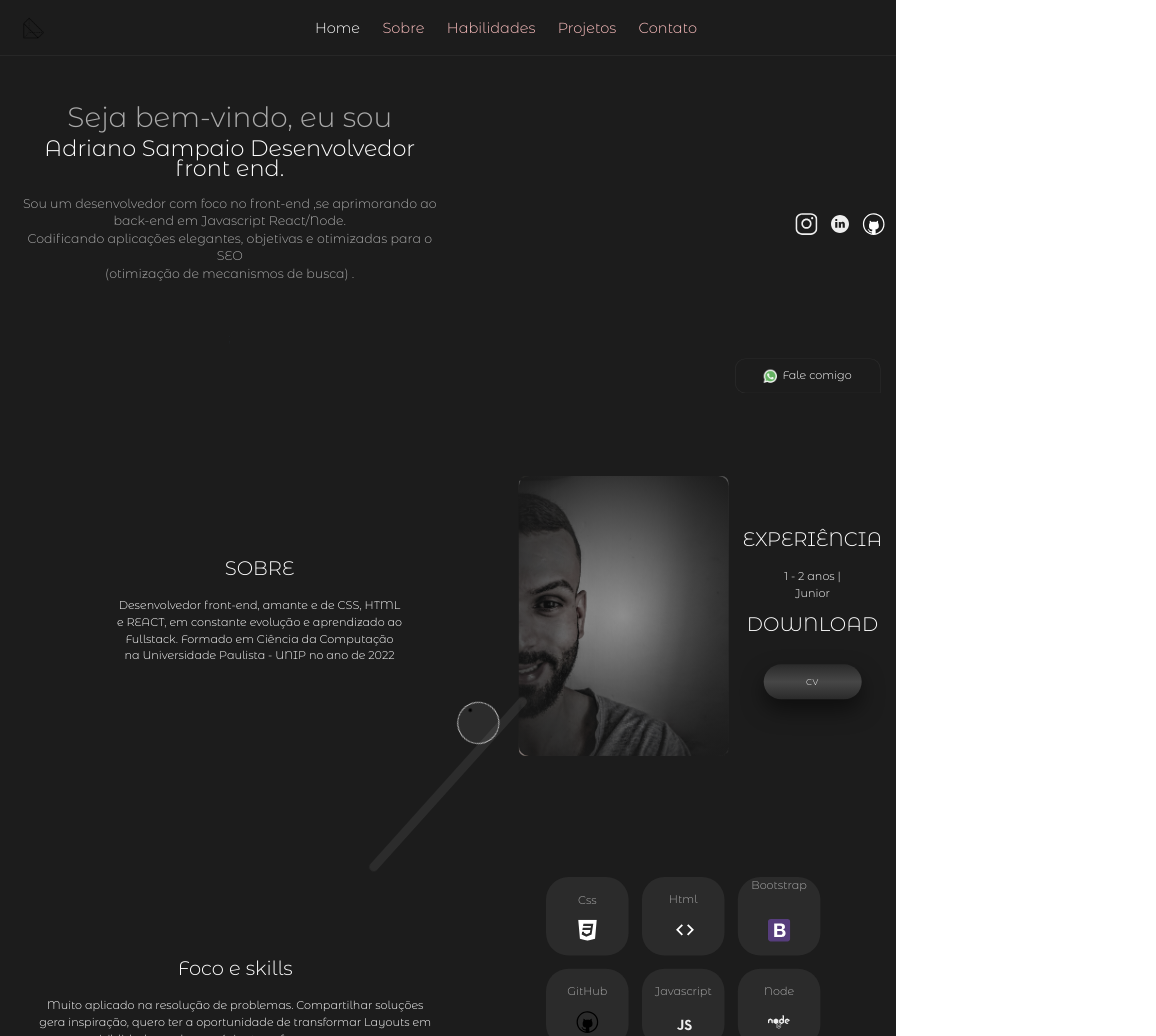
Repository: adrianodisam/NovoPortifolio
Page: /
The author's editor kept a copy of each file at every save. The page is drawn from the files as they stood at one save, then again after the next save.
The browser window is 1280 px wide. The page is 1280 px wide, then 1651 px, then 1280 px, so the pictures cover 1651 px, including what lies to the right of the window. The pictures show the part of the page from y = 0 to 1480 px (the page is 3024 px tall), at 70% of full size.
The project was rebuilt for these pictures with package versions that can differ from the ones it lists, and the page was loaded fresh each time. Imported but missing from the stored project, and not drawn on this page: src/componentes/Download/Adriano.pdf.

Above is the page before, as saved 2024-11-02 16:43:50.

### public/index.html
<!DOCTYPE html>
<html lang="pt">

<head>
  <meta charset="utf-8" />
  <link rel="icon" href="./shape.ico" />
  <meta name="viewport" content="width=device-width, initial-scale=1" />
  <meta name="theme-color" content="#000000" />
  <meta name="description" content="Web site created using create-react-app" />
  <link rel="apple-touch-icon" href="%PUBLIC_URL%/logo192.png" />
  <link rel="manifest" href="%PUBLIC_URL%/manifest.json" />
  <link rel="stylesheet" href="path/to/font-awesome/css/font-awesome.min.css" />
  <script src="https://cdn.lordicon.com/fudrjiwc.js"></script>
  <title> Adriano - Desenvolvedor Front-End </title>
  <script id="react-dotenv" src="./env.js"></script>
</head>

<body>
  <noscript>You need to enable JavaScript to run this app.</noscript>
  <script src="https://cdn.lordicon.com/fudrjiwc.js"></script>
  <div id="root"></div>
</body>

</html>

### src/App.css
* {
  margin: 0;
  padding: 0;
}

@font-face {
  font-family: 'Menu';
  src: url('../public/fontes/Cormorant_Garamond/CormorantGaramond-Regular.ttf')
    format('truetype');
}

@font-face {
  font-family: 'Menu1';
  src: url('../public/fontes/Montserrat_Alternates/MontserratAlternates-Light.ttf')
    format('truetype');
}

:root {
  --mainColor: #555;
  --mainColorLight: #e0ffff;
  --secondaryColor: #db2b39;
  --textColor: #ffc1c1;
  --ColorHover: #eee;
  --CorFundo: #1c1c1c;
  --CorBorda: hsla(0, 0%, 67%, 0.1);
  --CorFontApagada: #aaa;
  --CorTexto: #fff;
}

### src/componentes/Footer/Footer.module.css
.Container {
  display: flex;
  justify-content: space-between;
  align-items: center;
  bottom: 0;
  left: 0;
  height: 9rem;
  background-color: #1c1c1c;
}

### src/componentes/Header/Header.module.css
.Container {
  width: 100%;
  height: 40rem;
  display: flex;
  justify-content: center;
  align-items: center;
  /* border-bottom: 1px solid var(--CorBorda); */
  background-color: var(--CorFundo);
}
@media only screen and (max-width: 1024px) {
  .Container {
    display: flex;
    flex-direction: column;
    align-items: center;
    gap: 3rem;
    height: 50rem;
  }
}

### src/componentes/Navbar/Navbar.css
@import url('https://fonts.googleapis.com/css2?family=Titillium+Web:wght@300;400;700&display=swap');

* {
  padding: 0;
  margin: 0;
  box-sizing: border-box;
  font-family: 'Menu1';
}
header {
  display: flex;
  align-items: center;
  justify-content: space-between;
  width: 100%;
  height: 5rem;
  padding: 0 2rem;
  background-color: #1c1c1c;
  color: var(--textColor);
  position: fixed;
  z-index: 20;
  border-bottom: 1px solid var(--CorBorda);
}

nav a {
  margin: 0 1rem;
  color: var(--CorTexto);
  text-decoration: none;
  cursor: pointer;
  font-size: 1.3rem;
}

nav a:hover {
  color: var(--CorFontApagada);
}

header .nav-btn {
  padding: 5px;
  cursor: pointer;
  background: transparent;
  border: none;
  outline: none;
  visibility: hidden;
  opacity: 0;
  font-size: 1.8rem;
  color: var(--CorTexto);
}

header div,
nav {
  display: flex;
  align-items: center;
}

@media only screen and (max-width: 1024px) {
  header .nav-btn {
    visibility: visible;
    opacity: 1;
  }

  header nav {
    position: fixed;
    top: 0;
    left: 0;
    height: 100%;
    width: 100%;
    display: flex;
    flex-direction: column;
    align-items: center;
    justify-content: center;
    gap: 1.5rem;
    background-color: #1c1c1c;
    transition: 1s;
    transform: translateY(-100vh);
  }

  header .responsive_nav {
    transform: none;

    z-index: '4';
    position: fixed;
  }

  nav .nav-close-btn {
    position: absolute;
    top: 2rem;
    right: 2rem;
  }

  nav a {
    font-size: 1.5rem;
  }
}

### src/componentes/WhatsAppContato/WhatsAppContato.module.css
.container {
  display: flex;
  flex-direction: column;
  width: 100%;
  margin-top: 32rem;
  position: fixed;
  justify-content: right;
  align-items: flex-end;
  z-index: 30;
}
.containerSpan {
  display: flex;
  justify-content: center;
  align-items: center;
  width: 13rem;
  border-radius: 15px 15px 1px 15px;
  background-color: var(--CorFundo);
  border: 1px solid var(--CorBorda);
  padding: 12px 16px 12px 16px;
  margin-right: 1.4rem;
  transition: 2s;
}
.containerSpan:hover {
  background-color: hsla(0, 0%, 67%, 0.1);
  border: 1px solid var(--CorBorda);
  box-shadow: 0px 3px 5px 0px rgba(0, 0, 0, 0.5);
}
.containerSpan span {
  color: var(--CorTexto);
  text-decoration: none;
  font-size: 1rem;
}
.containerSpan img {
  width: 1.2rem;
  margin-right: 0.5rem;
}
.containerSpan a {
  text-decoration: none;
}

@media only screen and (max-width: 1024px) {
  .container {
    margin-top: 37rem;
  }
}

### src/componentes/Contato/Contato.module.css
.Container {
  display: flex;
  justify-content: space-evenly;
  align-items: center;
  width: 100%;
  height: 30rem;
  flex-direction: column;
  padding: 2rem;
  background-color: var(--CorFundo);
  border-bottom: solid 1px var(--CorBorda);
}
.ContainerContato {
  display: flex;
  align-items: center;
}

@media only screen and (max-width: 1024px) {
  .Container {
    flex-direction: column;
  }
  .ContainerContato {
    display: flex;
    flex-direction: column;
  }
}

### src/componentes/Sobre/Sobre.module.css
.Container {
  display: flex;
  justify-content: center;
  align-items: center;
  width: 100%;
  height: 30rem;
  /* border-bottom: 1px solid var(--CorBorda); */
  background-color: var(--CorFundo);
}

.Container h1 {
  color: var(--CorTexto);
}

@media (max-width: 900px) {
  .Container {
    flex-direction: column;
    height: 100%;
    padding: 1rem;
  }
}

### src/componentes/Habilidades/Habilidades.module.css
.Container {
  display: flex;
  justify-content: space-around;
  align-items: center;
  width: 100%;
  height: 40rem;
  background-color: var(--CorFundo);
  /* border-bottom: 1px solid var(--CorBorda); */
}
.ContainerAnima {
  display: flex;
  flex-direction: column;
  justify-content: center;
  width: 60%;
}

@media only screen and (max-width: 1024px) {
  .Container {
    flex-direction: column;
    height: 55rem;
  }
  .ContainerAnima {
    width: 100%;
    align-items: center;
  }
}

### src/componentes/Projetos/Projetos.module.css
.Container {
  display: flex;
  justify-content: center;
  gap: 2rem;
  align-items: center;
  width: 100%;
  height: 40rem;
  background-color: var(--CorFundo);
}

.Container h1 {
  color: var(--CorTexto);
}

@media (max-width: 900px) {
  .Container {
    flex-direction: column;
  }
}

### src/componentes/AnimacaoContato/AnimacaoContato.module.css
.Container {
  display: flex;
  justify-content: center;
  align-items: center;
}
.ball {
  position: relative;
  bottom: 50px;
  left: calc(100% - 20px);
  width: 60px;
  height: 60px;
  background: var(--CorBorda);
  border-radius: 50%;
  border: solid 1px #fff;
  animation: ball-move8234 3s ease-in-out 1s infinite alternate;
}

.ball::after {
  position: absolute;
  content: '';
  top: 25px;
  right: 5px;
  width: 5px;
  height: 5px;
  background: #000;
  border-radius: 50%;
}

.bar {
  position: absolute;
  width: 330px;
  height: 12.5px;
  background: var(--CorBorda);
  border-radius: 30px;
  transform: rotate(-19deg);
  animation: up-down6123 3s ease-in-out 1s infinite alternate;
}

@keyframes up-down6123 {
  from {
    transform: rotate(-60deg);
  }

  to {
    transform: rotate(1deg);
  }
}

@keyframes ball-move8234 {
  from {
    left: calc(100% - 40px);
    transform: rotate(360deg);
  }

  to {
    left: calc(0% - 20px);
    transform: rotate(0deg);
  }
}
@media only screen and (max-width: 1024px) {
  .Container {
    width: 100%;
  }
  .bar {
    margin-top: 9rem;
    width: 300px;
    height: 12.5px;
  }
}

### src/componentes/TextoRoda/TextoRoda.module.css
.Container {
  display: flex;
  align-items: center;
  justify-content: center;
  width: 100%;
  height: 6rem;
  color: var(--CorTexto);
}
.Container span {
  display: flex;
  margin: 2rem;
  text-align: center;
  color: var(--CorTexto);
}

### src/componentes/RedeSociais/RedeSociais.module.css
.Container {
  display: flex;
  align-items: center;
  width: 100%;
  height: 40%;
}
.Container svg {
  width: 2rem;
  height: 3rem;
  fill: #eee;
  margin-right: 1rem;
}
.Container svg:hover {
  width: 2rem;
  height: 3rem;
  fill: var(--CorFontApagada);
  margin-right: 1rem;
}
@media only screen and (max-width: 1024px) {
  .Container svg {
    width: 2rem;
    height: 3rem;
    fill: #eee;
    margin-right: 1rem;
  }
}

### src/componentes/Banner/Banner.module.css
.Container {
  display: flex;
  justify-content: center;
  align-items: center;
  background-color: var(--corFundo);
  border-bottom: 0.1 solid var(--CorBorda);
  width: 100%;
  height: 100%;
  flex-direction: column;
  padding: 2rem;
}
.Container h1 {
  color: var(--CorFontApagada);
  font-style: normal;
  font-weight: 300;
  line-height: 45px;
  text-align: center;
}
.Container h2 {
  color: var(--CorTexto);
  font-style: normal;
  font-weight: 300;
  font-size: 16px;
  line-height: 29px;
  text-align: center;
  font-size: 2rem;
}
.Container p {
  color: var(--CorFontApagada);
  line-height: 25px;
  text-align: center;
  font-size: 18px;
  font-weight: 200;
  margin-bottom: 2rem;
  margin-top: 1rem;
}

@media only screen and (max-width: 1024px) {
  .Container {
    margin-top: 6rem;
  }
  .Container h1 {
    font-size: 1.3rem;
  }
  .Container h2 {
    font-size: 1.7rem;
  }
}

### src/componentes/Logo/Logo.module.css
.Container {
  width: 20%;
  height: 100%;
}

### src/componentes/CardContato/CardContato.module.css
.Container {
  display: flex;
  justify-content: center;
  align-items: center;
  flex-direction: column;
  padding: 2rem;
}
.Container h1 {
  font-family: 'Menu1';
  font-style: normal;
  font-weight: 300;
  font-size: 2rem;
  line-height: 3rem;
  color: var(--CorTexto);
  text-align: center;
}
.Container small {
  color: var(--CorFontApagada);
  text-align: center;
}

.Container svg {
  fill: #555;
}
.Container svg:hover {
  fill: var(--CorTexto);
}

@media only screen and (max-width: 1024px) {
  .Container {
    flex-direction: column;
  }
  .Container h1 {
    font-size: 1.3rem;
  }
}

### src/componentes/FotoSobre/FotoSobre.module.css
.Container {
  display: flex;
  justify-content: center;
  align-items: center;
  width: 50%;
  /* border: solid 4px var(--CorBorda); */
  /* border-radius: 50%; */
  /* background: hsla(0, 0%, 67%, 0.1); */
}

.Container img {
  display: flex;
  width: 15rem;
  transition: all 0.4s;
  width: 300px; /* Ajuste o tamanho conforme necessário */
  height: 400px; /* Ajuste o tamanho conforme necessário */
  object-fit: cover;
  border-radius: 10px; /* Raio para bordas arredondadas */
  background: radial-gradient(circle, rgba(28, 28, 28, 0) 50%, #1c1c1c 100%);
}
/* Adiciona o efeito esfumaçado ao redor da imagem */
.Container::before {
  content: '';
  position: absolute;
  width: 300px; /* Um pouco maior que a imagem para o efeito de borda */
  height: 400px;
  background: radial-gradient(circle, transparent, rgba(28, 28, 28, 50));
  border-radius: 15px;
  z-index: 0;
}



@media only screen and (max-width: 1024px) {
  .Container img {
    width: 15rem;
    opacity: 0.8;
  }
  .Container {
    width: 70%;

    /* background: hsla(0, 0%, 67%, 0.1); */
  }
}

### src/componentes/TextoCurriculo/TextoCurriculo.module.css
.Container {
  display: flex;
  justify-content: center;
  flex-direction: column;
  align-items: center;
  width: 40%;
}

### src/componentes/TextoSobre/TextoSobre.module.css
.Container {
  display: flex;
  align-items: center;
  justify-content: center;
  flex-direction: column;
}

### src/componentes/CaixaTecnologias/CaixaTecnologias.module.css
.Container {
  display: flex;
  justify-content: space-around;
  flex-wrap: wrap;
  gap: 1.2rem;
  height: 100%;
  left: 30px;
  place-content: center;
  place-items: center;
  top: 0;
  width: 40%;
  z-index: 0;
}
@media only screen and (max-width: 1024px) {
  .Container {
    width: 80%;
    align-items: center;
    justify-content: center;
  }
}

### src/componentes/Skills/Skills.module.css
.Container {
  align-items: center;
  display: flex;
  justify-content: center;
  flex-direction: column;
  transition: all 0.5s;
  gap: 1rem;
  /* width: 23%; */
  text-align: center;
}

.Container h3 {
  color: var(--CorTexto);
}
.Container p {
  color: var(--CorTexto);
}
@media only screen and (max-width: 1024px) {
  .Container {
    flex-direction: column;
    margin-top: 3rem;
    width: 90%;
  }
}

### src/componentes/MenuProjetos/MenuProjetos.module.css
.Container {
  display: flex;
  justify-content: center;
  align-items: center;
}

### src/componentes/Download/Download.module.css
/* .Container {
  align-items: center;
  display: flex;
  justify-content: center;
  flex-direction: column;
  transition: all 0.5s;
  gap: 1rem;
  text-align: center;
  border: solid 1px var(--CorBorda);
  padding: 1rem;
  border-radius: 2rem;
}
.Container a {
  text-decoration: none;
  color: var(--CorTexto);
}
.Container:hover {
  background-color: hsla(0, 0%, 37%, 0.1);
} */

.btn {
  width: 140px;
  height: 50px;
  background: linear-gradient(
    to top,
    hsla(0, 0%, 67%, 0.1),
    hsla(0, 0%, 67%, 0.3),
    hsla(0, 0%, 67%, 0.1)
  );
  color: #fff;
  border-radius: 50px;
  border: none;
  outline: none;
  cursor: pointer;
  position: relative;
  box-shadow: 0 15px 30px rgba(0, 0, 0, 0.5);
  overflow: hidden;
}

.btn span {
  font-size: 12px;
  text-transform: uppercase;
  letter-spacing: 1px;
  transition: top 0.5s;
  color: #fff;
}

.btn_text_one {
  position: absolute;
  width: 100%;
  top: 50%;
  left: 0;
  transform: translateY(-50%);
}

.btn_text_two {
  position: absolute;
  width: 100%;
  top: 150%;
  left: 0;
  transform: translateY(-50%);
}

.btn:hover .btn_text_one {
  top: -100%;
}

.btn:hover .btn_text_two {
  top: 50%;
}

### src/componentes/Tecnologia/Tecnologia.module.css
.Container {
  align-items: center;
  background: hsla(0, 0%, 67%, 0.1);
  border-radius: 2rem;
  display: flex;
  height: 7rem;
  justify-content: center;
  flex-direction: column;
  transition: all 0.5s;
  width: 23%;
  text-align: center;
}
.Container:hover {
  background: hsla(0, 0%, 37%, 0.1);
}
.Container p {
  color: var(--CorFontApagada);
}
.Container svg {
  transition: all 0.3s;
  fill: var(CorTexto);
  width: 2rem;
}
.Container svg:hover {
  fill: var(--CorFontApagada);
}
@media only screen and (max-width: 1024px) {
  .Container {
    display: flex;
    width: 29%;
    height: 0.2rem;
    background-color: transparent;

    margin-top: 2rem;
  }
  .Container svg {
    display: none;
  }
  .Container p {
    font-size: 1rem;
    text-align: center;
    border: 1px solid var(--CorFontApagada);
    border-radius: 2rem;
    background: hsla(0, 0%, 67%, 0.1);
    padding: 0.3rem;
  }
}

### src/componentes/Botao/Botao.module.css
.Container {
  display: flex;
  justify-content: center;
  align-items: center;
  width: 9rem;
  height: 2rem;
  border: 1px solid var(--CorBorda);
  color: var(--CorTexto);
  cursor: pointer;
}
.Container:hover {
  background: hsla(0, 0%, 37%, 0.1);
}
.Container a {
  text-decoration: none;
  color: var(--CorTexto);
}

@media only screen and (max-width: 1024px) {
  .Container {
    margin-top: 2rem;
  }
}

Loaded but not shown: src/index.js (common file); src/index.css (common file); src/reportWebVitals.js (common file); src/componentes/SvgNode/SvgNode.js (library); public/env.js (common file); src/componentes/SvgReact/SvgReact.js (17 lines, source omitted); src/componentes/SvgInstagram/SvgInstagram.js (23 lines, source omitted); src/componentes/SvgGitHub/SvgGitHub.js (16 lines, source omitted); src/componentes/SvgGit/SvgGit.js (13 lines, source omitted); src/componentes/WhatsAppContato/WhatsAppContato.js (57 lines, source omitted); src/componentes/SvgBootstrap/SvgBootstrap.js (18 lines, source omitted); src/componentes/Navbar/Navbar.js (51 lines, source omitted); src/componentes/SvgSql/SvgSql.js (14 lines, source omitted); src/componentes/CaixaTecnologias/CaixaTecnologias.js (28 lines, source omitted); src/componentes/SvgLinkedin/SvgLinkedin.js (19 lines, source omitted); src/App.js (32 lines, source omitted); src/componentes/RedeSociais/RedeSociais.js (29 lines, source omitted); src/componentes/MobPc/MobPc.js (40 lines, source omitted); src/componentes/Projetos/Projetos.js (22 lines, source omitted); src/componentes/SvgJavascript/SvgJavascript.js (17 lines, source omitted); src/componentes/Habilidades/Habilidades.js (20 lines, source omitted); src/componentes/Banner/Banner.js (21 lines, source omitted); src/componentes/Projeto/Projeto.js (30 lines, source omitted); src/componentes/SvgCss/SvgCss.js (21 lines, source omitted); src/componentes/TextoSobre/TextoSobre.js (19 lines, source omitted); src/componentes/Download/Download.js (19 lines, source omitted); src/componentes/Flutuante/Flutuante.js (20 lines, source omitted); src/componentes/Footer/Footer.js (18 lines, source omitted); src/componentes/Header/Header.js (17 lines, source omitted); src/componentes/TextoCurriculo/TextoCurriculo.js (16 lines, source omitted); src/componentes/Contato/Contato.js (18 lines, source omitted); src/componentes/Sobre/Sobre.js (17 lines, source omitted); src/componentes/CardContato/CardContato.js (17 lines, source omitted); src/componentes/SvgHtml/SvgHtml.js (12 lines, source omitted); src/componentes/Skills/Skills.js (15 lines, source omitted); src/componentes/MenuProjetos/MenuProjetos.js (13 lines, source omitted); src/componentes/AnimacaoContato/AnimacaoContato.js (14 lines, source omitted); src/componentes/FotoSobre/FotoSobre.js (13 lines, source omitted); src/componentes/Logo/Logo.js (12 lines, source omitted); src/componentes/Botao/Botao.js (14 lines, source omitted); src/componentes/Tecnologia/Tecnologia.js (13 lines, source omitted); src/componentes/TextoRoda/TextoRoda .js (12 lines, source omitted); src/componentes/Flutuante/Flutuante.module.css (197 lines, source omitted)

After the next save:
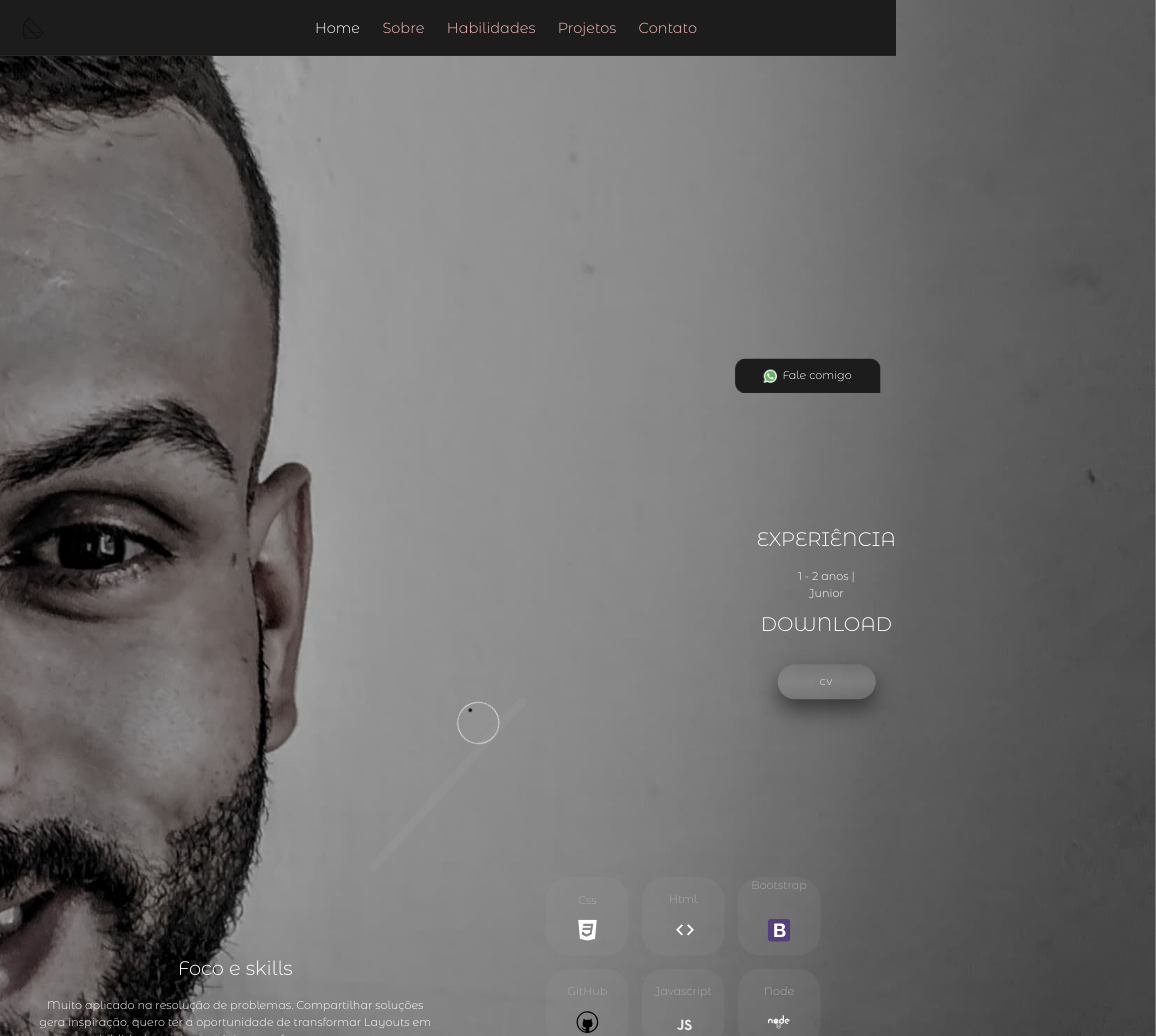
Saved 19 s later.
--- a/src/componentes/FotoSobre/FotoSobre.module.css
+++ b/src/componentes/FotoSobre/FotoSobre.module.css
@@ -8,7 +8,7 @@
   /* background: hsla(0, 0%, 67%, 0.1); */
 }
 
-.Container img {
+/* .Container img {
   display: flex;
   width: 15rem;
   transition: all 0.4s;
@@ -16,8 +16,8 @@
   height: 400px; /* Ajuste o tamanho conforme necessário */
   object-fit: cover;
   border-radius: 10px; /* Raio para bordas arredondadas */
-  background: radial-gradient(circle, rgba(28, 28, 28, 0) 50%, #1c1c1c 100%);
-}
+  box-shadow: 0 0 30px 15px rgba(28, 28, 28, 0.8); /* Sombra esfumaçada */
+} */
 /* Adiciona o efeito esfumaçado ao redor da imagem */
 .Container::before {
   content: '';

After the save that followed:
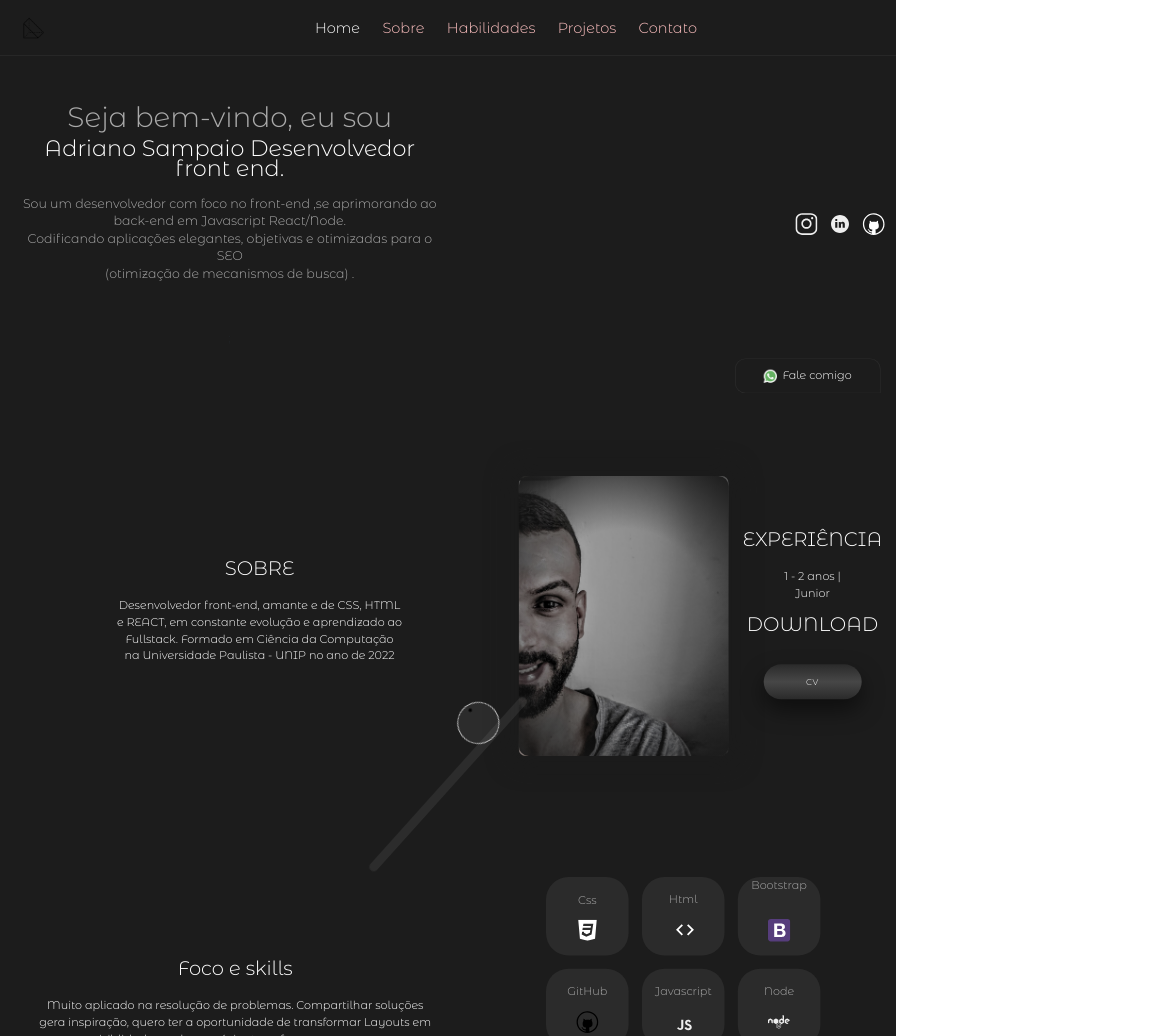
Saved 12 s later.
--- a/src/componentes/FotoSobre/FotoSobre.module.css
+++ b/src/componentes/FotoSobre/FotoSobre.module.css
@@ -8,7 +8,7 @@
   /* background: hsla(0, 0%, 67%, 0.1); */
 }
 
-/* .Container img {
+.Container img {
   display: flex;
   width: 15rem;
   transition: all 0.4s;
@@ -17,14 +17,14 @@
   object-fit: cover;
   border-radius: 10px; /* Raio para bordas arredondadas */
   box-shadow: 0 0 30px 15px rgba(28, 28, 28, 0.8); /* Sombra esfumaçada */
-} */
+}
 /* Adiciona o efeito esfumaçado ao redor da imagem */
 .Container::before {
   content: '';
   position: absolute;
   width: 300px; /* Um pouco maior que a imagem para o efeito de borda */
   height: 400px;
-  background: radial-gradient(circle, transparent, rgba(28, 28, 28, 50));
+  background: radial-gradient(circle, rgba(28, 28, 28, 0) 50%, #1c1c1c 100%);
   border-radius: 15px;
   z-index: 0;
 }
